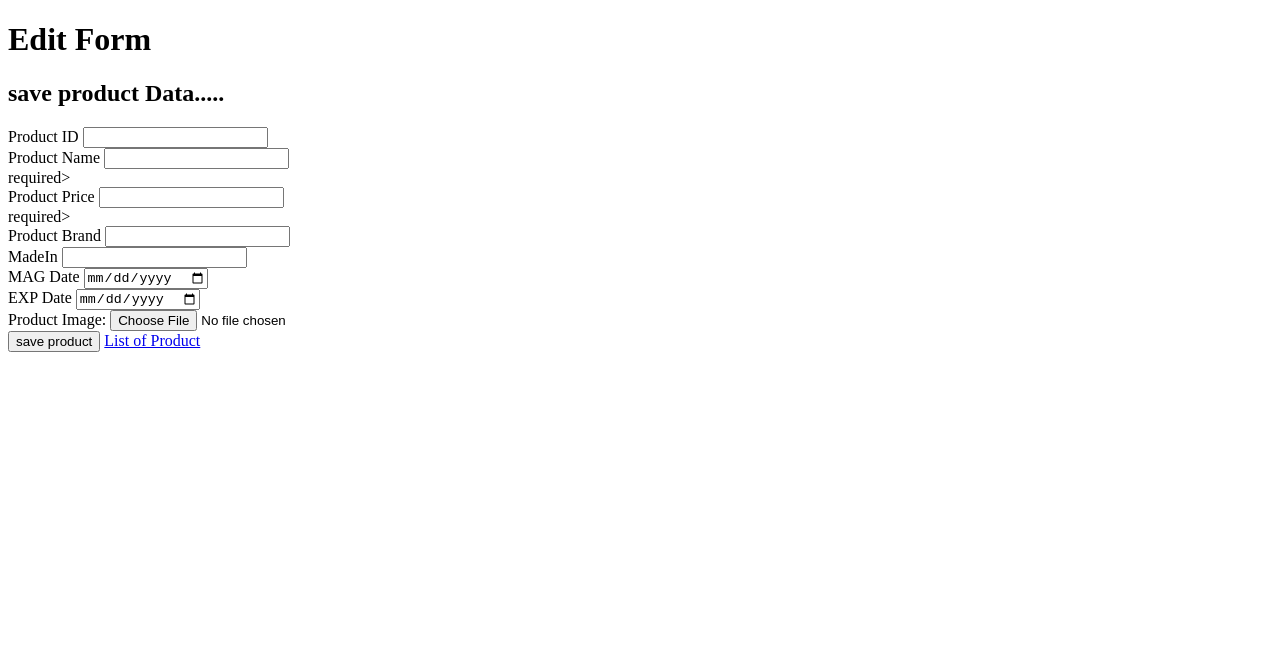
Repository: jrajesh111/Adv-java
Page: http://localhost/ProductAppproject/edit-form.jsp
The author's editor kept a copy of each file at every save. The page is drawn from the files as they stood at one save, then again after the next save.
The browser window is 1280 px wide. The pictures show the whole page.
The page is served by Tomcat 9. The template is opened directly, without the code that normally fills it, so the values that code supplies are empty.

Above is the page before, as saved 2024-03-07 09:39:34.

After the next save:
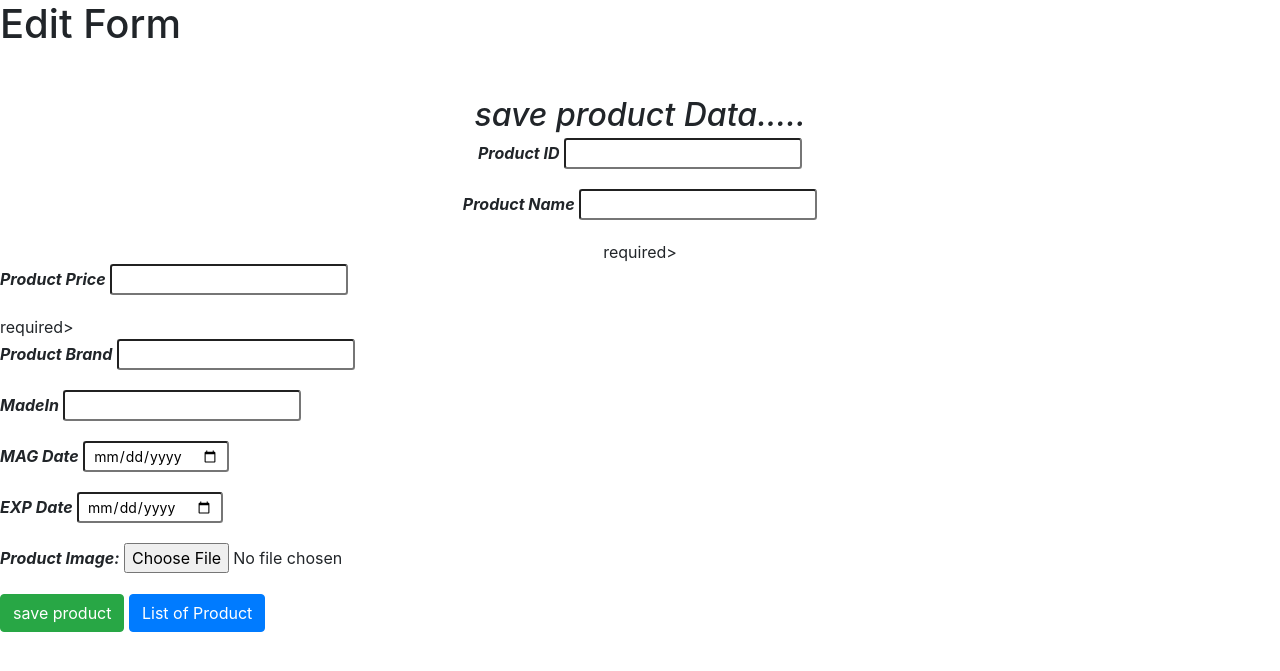
Saved 3 min 49 s later.
--- a/ProductAppproject/src/main/webapp/edit-form.jsp
+++ b/ProductAppproject/src/main/webapp/edit-form.jsp
@@ -12,6 +12,10 @@
 		<h2 class="text-center font-italic mb-1">save product Data.....</h2>
 
 		<form action="./AddProductServlet" enctype="multipart/form-data" onsubmit="return validateForm()">
+
+		<link rel="stylesheet"
+		href="https://cdn.jsdelivr.net/npm/bootstrap@4.6.0/dist/css/bootstrap.min.css" rel="stylesheet">
+
 
 		<div class="form-group">
 		<label class="font-italic font-weight-bold" for="proId">Product ID </label>
